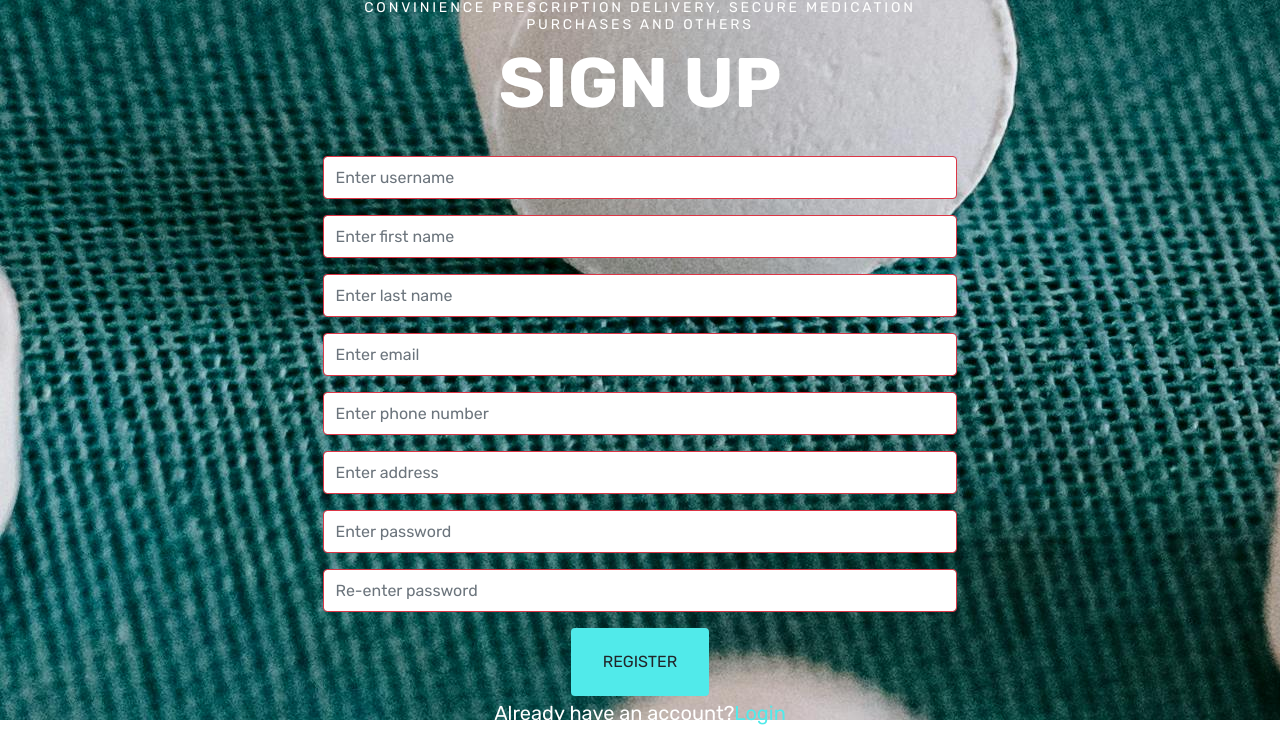
Repository: Argivist/Web-Doctor
Page: http://localhost/login/register.php
An editor plug-in stored every save of this project. The page is shown before and after the next save, followed by the edit.
The browser window is 1280 px wide. The pictures show the whole page.
Some web fonts or font styles are not loaded; a fallback is used. The page is run by PHP 8.4 with error messages shown; the project is at /var/www/html/.

Above is the page before, as saved 2024-02-18 18:49:49.

### login/register.php
<!DOCTYPE html>
<html lang="en">

<head>
    <meta charset="UTF-8">
    <meta name="viewport" content="width=device-width, initial-scale=1.0">
    <title>Document</title>
    <link href="https://fonts.googleapis.com/css?family=Rubik:400,700|Crimson+Text:400,400i" rel="stylesheet">
    <link rel="stylesheet" href="fonts/icomoon/style.css">
    <link rel="stylesheet" href="../css/bootstrap.min.css">
    <link rel="stylesheet" href="../css/magnific-popup.css">
    <link rel="stylesheet" href="../css/jquery-ui.css">
    <link rel="stylesheet" href="../css/owl.carousel.min.css">
    <link rel="stylesheet" href="../css/owl.theme.default.min.css">
    <link rel="stylesheet" href="../css/style.css">
    <link rel="stylesheet" href="../css/aos.css">
</head>

<body>
    <div class="site-wrap justify-content-center" style="background-image: url('../img/background/pharmacy_1.jpg');">

        <div class="site-blocks-cover" >
            <div class="container">
                <div class="row">
                    <div class="col-lg-7 mx-auto order-lg-2 align-self-center">
                        <div class="site-block-cover-content text-center">
                            <h2 class="sub-title"><?php if (isset($_GET['error'])) {
                                                        echo $_GET['error'];
                                                    } else {
                                                        echo "Convinience Prescription Delivery, Secure Medication Purchases and others";
                                                    } ?></h2>
                            <h1>Sign Up</h1>
                            <form action="../actions/login_user.php" method="POST" class="was-validated">
                                <div class="mb-3 mt-3 ">
                                    <input type="text" class="form-control" id="uname" placeholder="Enter username" name="uname" required>
                                </div>
                                <div class="mb-3">
                                    <!--firstname-->
                                    <input type="text" class="form-control" id="fname" placeholder="Enter first name" name="fname" required>
                                </div>
                                <div class="mb-3">
                                    <input type="text" class="form-control" id="lname" placeholder="Enter last name" name="lname" required>
                                </div>
                                <div class="mb-3">
                                    <input type="email" class="form-control" id="email" placeholder="Enter email" name="email" required>
                                </div>
                                <div class="mb-3">
                                    <input type="text" class="form-control" id="phone" placeholder="Enter phone number" name="phone" required>
                                </div>
                                <div class="mb-3">
                                    <input type="text" class="form-control" id="address" placeholder="Enter address" name="address" required>
                                </div>
                                <div class="mb-3">
                                    <input type="password" class="form-control" id="pwd" placeholder="Enter password" name="passwd" required>
                                </div>
                                <div class="mb-3">
                                    <input type="password" class="form-control" id="pwd" placeholder="Re-enter password" name="passwd" required>
                                </div>
                                <div class="mb-3" style="margin-bottom:30px;">
                                    <button type="submit" class="btn btn-primary">Register</button>
                                    <p>Already have an account?<a href="login.php">Login</a></p>
                                </div>

                            </form>
                        </div>
                    </div>
                </div>

            </div>
</body>

</html>

Loaded but not shown: css/bootstrap.min.css (library); css/magnific-popup.css (library); css/jquery-ui.css (library); css/owl.carousel.min.css (common file); css/owl.theme.default.min.css (common file); css/aos.css (library); css/style.css (1125 lines, source omitted)

After the next save:
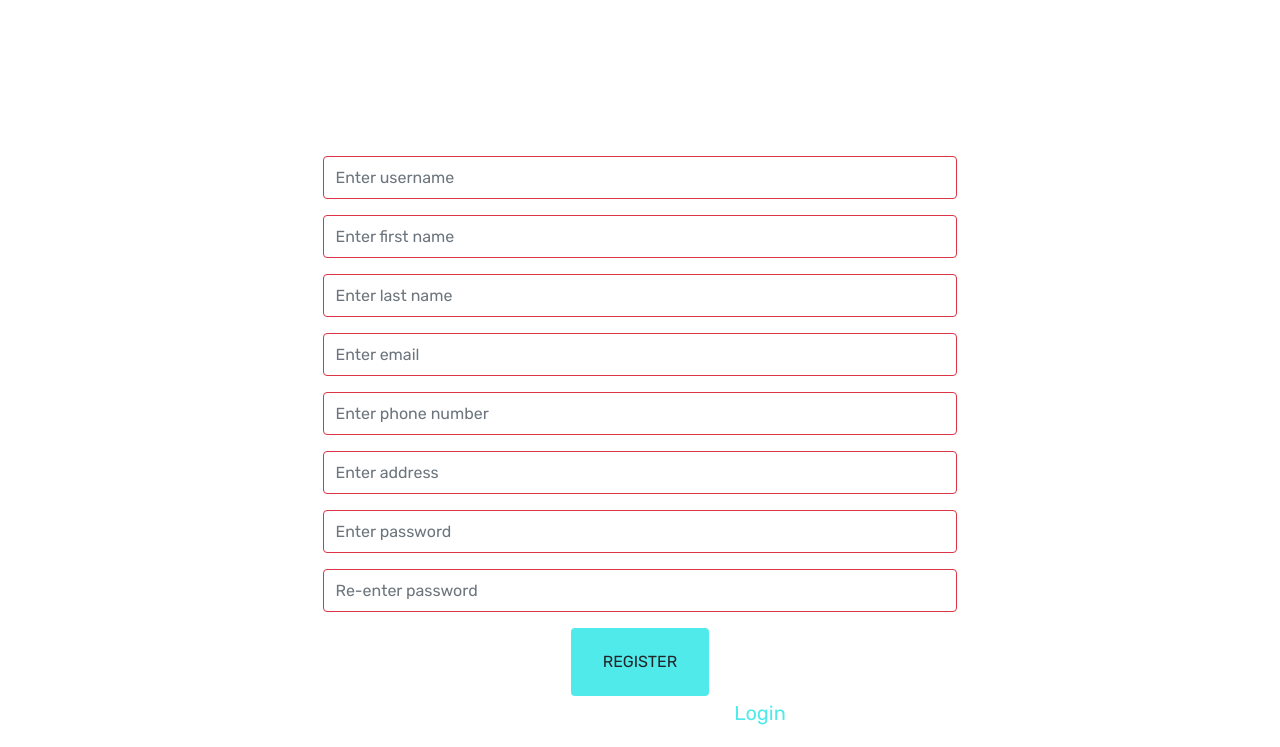
Saved 9 s later.
--- a/login/register.php
+++ b/login/register.php
@@ -17,7 +17,7 @@
 </head>
 
 <body>
-    <div class="site-wrap justify-content-center" style="background-image: url('../img/background/pharmacy_1.jpg');">
+    <div class="site-wrap justify-content-center" >
 
         <div class="site-blocks-cover" >
             <div class="container">
